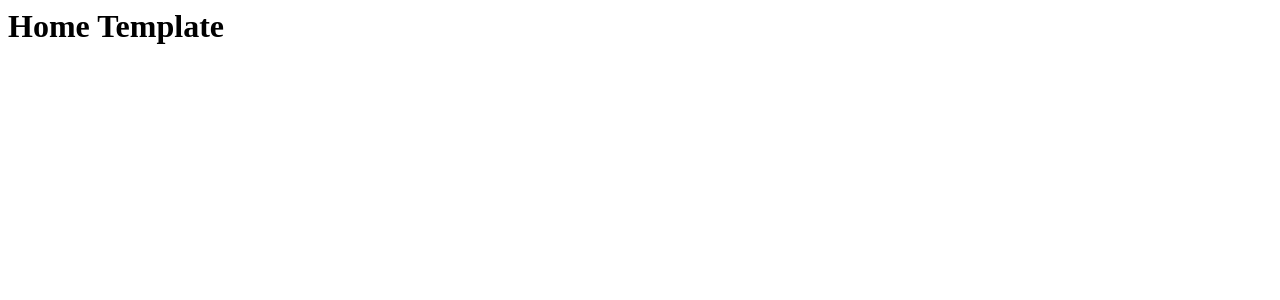
Repository: DZESU/studybug_django
Page: http://localhost/
An editor plug-in stored every save of this project. The page is shown before and after the next save, followed by the edit.
The browser window is 1280 px wide. The pictures show the whole page.
The page is served by the project's application, run on Django 4.2 (manage.py).

Above is the page before, as saved 2022-08-01 20:52:28.

After the next save:
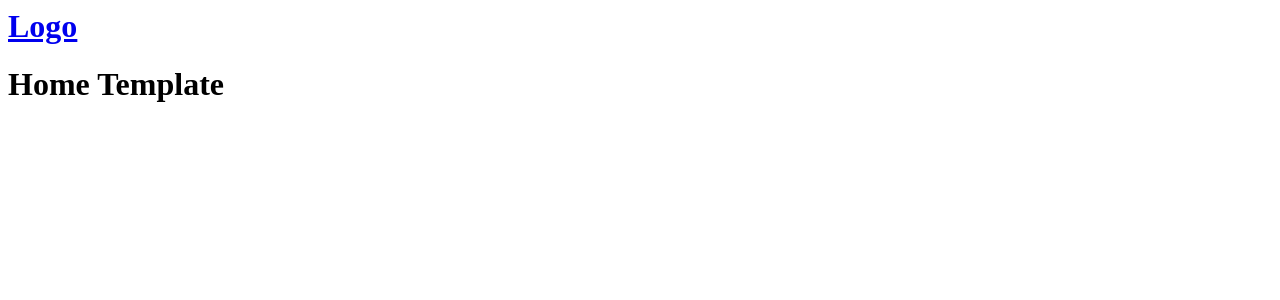
Saved 24 s later.
--- a/templates/home.html
+++ b/templates/home.html
@@ -1,5 +1,6 @@
 <html>
     <body>
+        {% include 'navbar.html' %}
         <h1>
             Home Template
         </h1>
